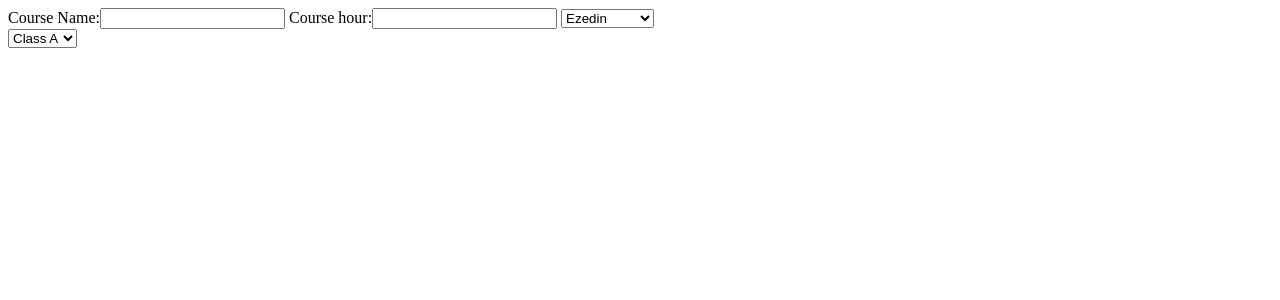
Repository: zshafi01/LearnerAcadamy
Page: http://localhost/LearnerAcadamy/Course.jsp
An editor plug-in stored every save of this project. The page is shown before and after the next save, followed by the edit.
The browser window is 1280 px wide. The pictures show the whole page.
The page is served by Tomcat 9. Other server files are loaded and not shown.

Above is the page before, as saved 2021-02-03 00:05:36.

### LearnerAcadamy/WebContent/Course.jsp
<%@ page language="java" contentType="text/html; charset=ISO-8859-1"
    pageEncoding="ISO-8859-1"%>
<!DOCTYPE html>
<html>
<head>
<meta charset="ISO-8859-1">
<title>Insert title here</title>
</head>
<body>
Course Name:<input type="text" name="c_name">
Course hour:<input type="text" name="c_hour">
<select name="instructor">
    <option value="fname1">Ezedin</option>
    <option value="fname2">Mohammed</option>
	 <option value="fname3">Nebila</option>
</select><br/>
<select name="class">
    <option value="classA">Class A</option>
    <option value="classB">Class B</option>
	 <option value="classC">Class C</option>
</select><br/>

</body>
</html>

After the next save:
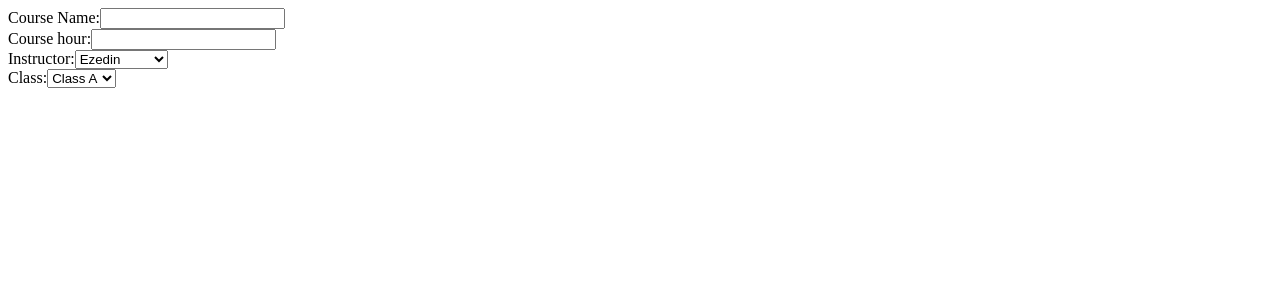
Saved 98 s later.
--- a/LearnerAcadamy/WebContent/Course.jsp
+++ b/LearnerAcadamy/WebContent/Course.jsp
@@ -7,14 +7,14 @@
 <title>Insert title here</title>
 </head>
 <body>
-Course Name:<input type="text" name="c_name">
-Course hour:<input type="text" name="c_hour">
-<select name="instructor">
+Course Name:<input type="text" name="c_name"><br/>
+Course hour:<input type="text" name="c_hour"><br/>
+Instructor:<select name="instructor">
     <option value="fname1">Ezedin</option>
     <option value="fname2">Mohammed</option>
 	 <option value="fname3">Nebila</option>
 </select><br/>
-<select name="class">
+Class:<select name="class">
     <option value="classA">Class A</option>
     <option value="classB">Class B</option>
 	 <option value="classC">Class C</option>
